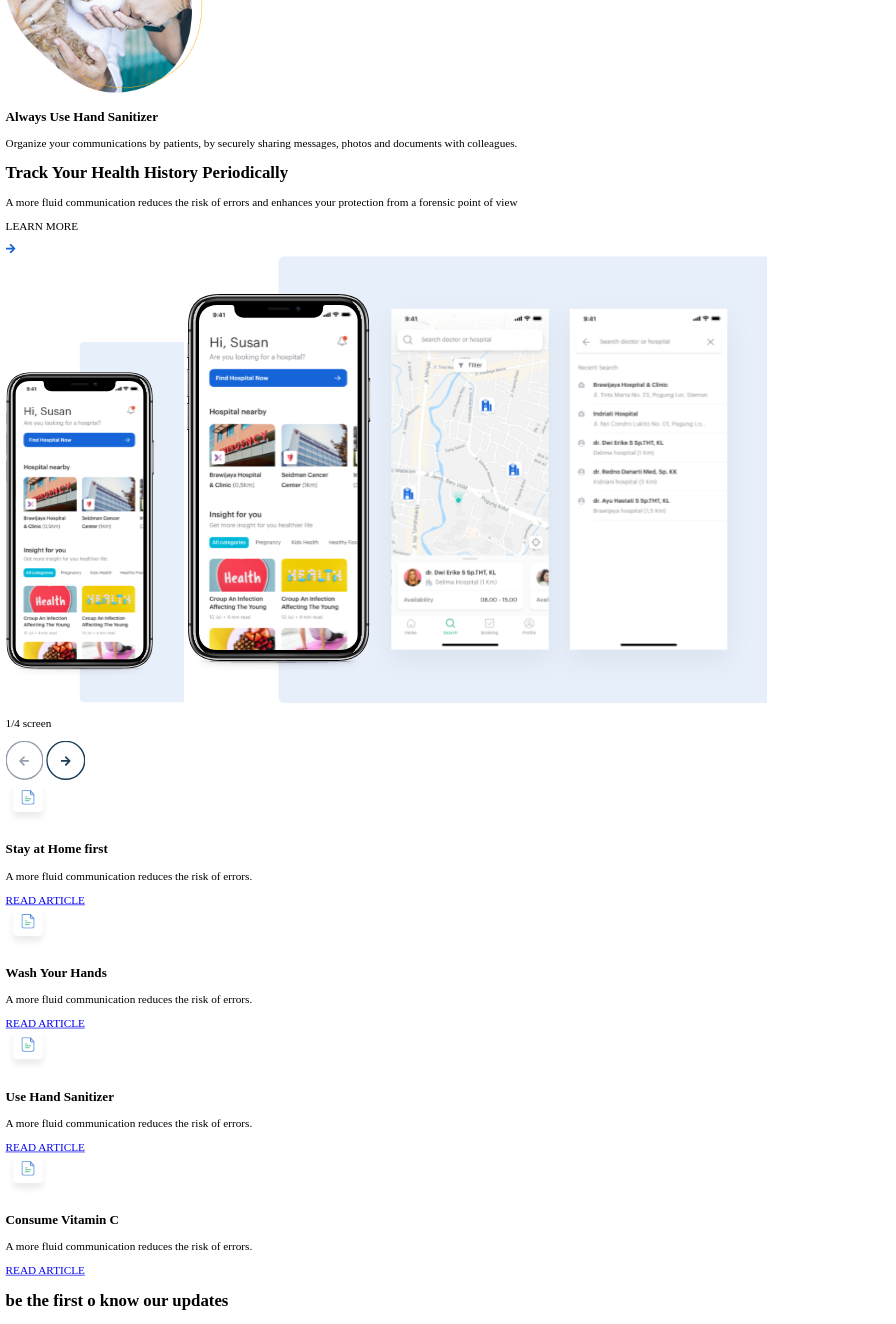
Repository: Esttevo/prova-html-css
Page: index.html
An editor plug-in stored every save of this project. The page is shown before and after the next save, followed by the edit.
The browser window is 1280 px wide. The pictures show the part of the page from y = 3453 to 5373 px (the page is 5344 px tall before and 5373 px after), at 70% of full size.
A picture or video elsewhere on the page could not be fetched, so the positions and the page height are approximate.

Above is the page before, as saved 2026-08-31 18:40:59.

### index.html
<!DOCTYPE html>
<html lang="en">
<head>
    <meta charset="UTF-8">
    <meta name="viewport" content="width=device-width, initial-scale=1.0">
    <title>Document</title>
    <link rel="stylesheet" href="https://cdnjs.cloudflare.com/ajax/libs/font-awesome/7.3.1/css/all.min.css" integrity="sha512-QeR2VH+lsBE5LSAe1Q5EnTBbe7XTBubt8dG93Y7gidSgdMCr8nVqKcfKAMyN96SV8KDbZVTDXChatu5G2KQGzg==" crossorigin="anonymous" referrerpolicy="no-referrer">
</head>
<body>
    <header>
        <img id="header-logo" src="img/icons/Logo.svg" alt="Logo escrita EHYA">

        <nav id="header-nav">
            <a class="no-chevron" href="#">Home</a>
            <a class="with-chevron" href="#">
                Landings
                <img src="img/icons/icon-chevron-down.svg" alt="indica que possui uma lista ao clicar">
            </a>
            <a class="with-chevron" href="#">
                Pages
                <img src="img/icons/icon-chevron-down.svg" alt="indica que possui uma lista ao clicar">
            </a>
            <a href="#">Docs</a>
            <a href="#">Help</a>
            <button>Get it now</button>
        </nav>

        <img src="img/icons/icon-menu-hamburger.svg" alt="Menu hamburger">
    </header>

    <main>
        <section id="section-hero">
            <div id="hero-text">
                <div class="estilization-bar"></div>

                <h4>
                    Changing the way you
                    go to healthcare
                </h4>

                <h1>
                    Primary Care
                    Designed for
                    Real Life
                </h1>

                <p>
                 Discuss patients,
                 share notes and documents
                 in a secure manner and be part
                 of a network of health professionals ready to
                 collaborate better.
                </p>

                <div id="subscribe">
                    <p id="email">
                        name@youremail.com
                    </p>

                    <button>
                        Subscribe
                    </button>
                </div>
            </div>
            <img src="img/image-hero.png" alt="4 medicos sorrindo e uma medica sobrepondo os 4">
        </section>

        <section id="section-connect">
            <div id="connect-tittle-subtittle">
                <h2>
                    Connect easily. Collaborate efficiently.
                </h2>

                 <p>
                    Rather than do things the
                    ypical way, we’ve created
                    a membership-based primary
                    care practice truly designed
                    around your needs.
                </p>
            </div>

           <img src="img/Dashboard.svg" alt="dashboard de exemplo de um sistema de agendamento">

           <div id="first-card-advantages">
                <h2>01</h2>
                <h3>For Doctor</h3>
                <p>
                    You get an in-house
                    team to guide and advocate
                    for you through questions
                </p>
           </div>

           <div id="second-card-advantages">
                <h2>02</h2>
                <h3>For Patient</h3>
                <p>
                    You get an in-house
                    team to guide and advocate
                    for you through questions
                </p>
           </div>

           <div id="third-card-advantages">
                <h2>03</h2>
                <h3>For Clinician</h3>
                <p>
                    You get an in-house
                    team to guide and advocate
                    for you through questions
                </p>
           </div>
        </section>

        <section id="section-protect">
            <h2>
                Protect yourself and your family first.
            </h2>

            <div id="protect-content-tips">
                <div class="content-tips-card">
                    <img src="img/icons/icon-house.svg" alt="Casa">

                    <h3>
                        Stay at Home first
                    </h3>

                    <p>
                        Our technology makes
                        it practically impossible
                        for any patient data breach to occur
                    </p>
                </div>

                <div class="content-tips-card">
                    <img src="img/icons/icon-hand.svg" alt="Lavando a mao">

                    <h3>
                        Wash Your Hands Periodically
                    </h3>

                    <p>
                        You can talk freely and confidently
                        about patients with other health professionals
                         treating them
                    </p>
                </div>

                <div class="content-tips-card">
                    <img src="img/icons/icon-remedy.svg" alt="pilula de remedio">

                    <h3>
                        Consume more Vitamin C
                    </h3>

                    <p>
                        A more fluid communication reduces
                        the risk of errors and enhances your
                        protection from a forensic point of view
                    </p>
                </div>

                <div class="content-tips-card">
                    <img src="img/icons/icon-medicament.svg" alt="Caixa de remedio">

                    <h3>
                        Always Use Hand Sanitizer
                    </h3>

                    <p>
                        Organize your communications
                        by patients, by securely sharing
                        messages, photos and documents
                        with colleagues.
                    </p>
                </div>
            </div>
        </section>

        <section id="section-modern">
            <h2>
                Modern clinics.
                Smart, hassle
                -free care.
            </h2>

            <div id="first-and-second-content">
                <div class="modern-content-img-text">
                    <img src="img/image-medic.svg" alt="equipamentos de medico">
                    <h3>
                        Consume more Vitamin C
                    </h3>

                    <p>
                        A more fluid communication reduces
                        the risk of errors and enhances your
                        protection from a forensic point of view
                    </p>
                </div>

                <div class="modern-content-img-text">
                    <img src="img/image-kid.png" alt="Criança caminhando de mão dada">
                    <h3>
                        Wash Your Hands Periodically
                    </h3>

                    <p>
                        You can talk freely and confidently
                        about patients with other health professionals
                         treating them
                    </p>
                </div>
            </div>

            <div id="third-and-fourth-content">
                <div class="modern-content-img-text">
                    <img src="img/image-dog.png" alt="cachorro tomando agua no colo">
                    <h3>
                        Always Use Hand Sanitizer
                    </h3>

                    <p>
                        Organize your communications
                        by patients, by securely sharing
                        messages, photos and documents
                        with colleagues.
                    </p>
                </div>
            </div>
        </section>

        <section id="section-health">
            <div class="health-content-text">
                <div class="estilization-bar"></div>

                <h2>
                     Track Your Health
                     History Periodically
                </h2>

                <p>
                 A more fluid communication reduces
                 the risk of errors and enhances your
                 protection from a forensic
                 point of view
                </p>

                <div id="learn-more">
                     <p>LEARN MORE</p>
                     <img src="img/icons/icon-arrow-right.svg" alt="seta para a direita, clique para ler mais">
                </div>
            </div>

           <img id="image-mobile" src="img/image-health-mobile.svg" alt="iphone em um site de localização de hospitais com mapa e busca">
            <img id="image-desktop" src="img/image-health-desktop.svg" alt="iphone em um site de localização de hospitais com mapa e busca">
           <div id="count-pages">
                <p>1/4 screen</p>

                <div id="img-arrow">
                    <img src="img/icons/icon-button-left.svg" alt="botão para tela da esquerda">
                    <img src="img/icons/icon-button-right.svg" alt="botão para tela da direita">
                </div>
           </div>
        </section>

        <section id="section-resources">
            <article class="selected-resources-card">
                <img src="img/icons/icon-docs.png" alt="simbolo de documento">

                <h3>Stay at Home first</h3>

                <p>
                    A more fluid communication
                    reduces the risk of errors.
                </p>

                <a href="#">
                    READ ARTICLE
                </a>
            </article>

            <article class="resources-card">
                <img src="img/icons/icon-docs.png" alt="simbolo de documento">

                <h3>
                    Wash Your Hands
                </h3>

                <p>
                    A more fluid communication
                    reduces the risk of errors.
                </p>

                <a href="#">
                    READ ARTICLE
                </a>
            </article>

            <article class="resources-card">
                <img src="img/icons/icon-docs.png" alt="simbolo de documento">

                <h3>Use Hand Sanitizer</h3>

                <p>
                    A more fluid communication
                    reduces the risk of errors.
                </p>

                <a href="#">
                    READ ARTICLE
                </a>
            </article>

            <article class="resources-card">
                <img src="img/icons/icon-docs.png" alt="simbolo de documento">

                <h3>Consume Vitamin C</h3>

                <p>
                    A more fluid communication
                    reduces the risk of errors.
                </p>

                <a href="#">
                    READ ARTICLE
                </a>
            </article>
        </section>

        <section id="section-updates">
            <h2>be the first o know our updates</h2>

            <form action="#">

                <input  type="text" id="name" name="name" placeholder="&#xF002; Teste>
            </form>
        </section>
    </main>
</body>
</html>

After the next save:
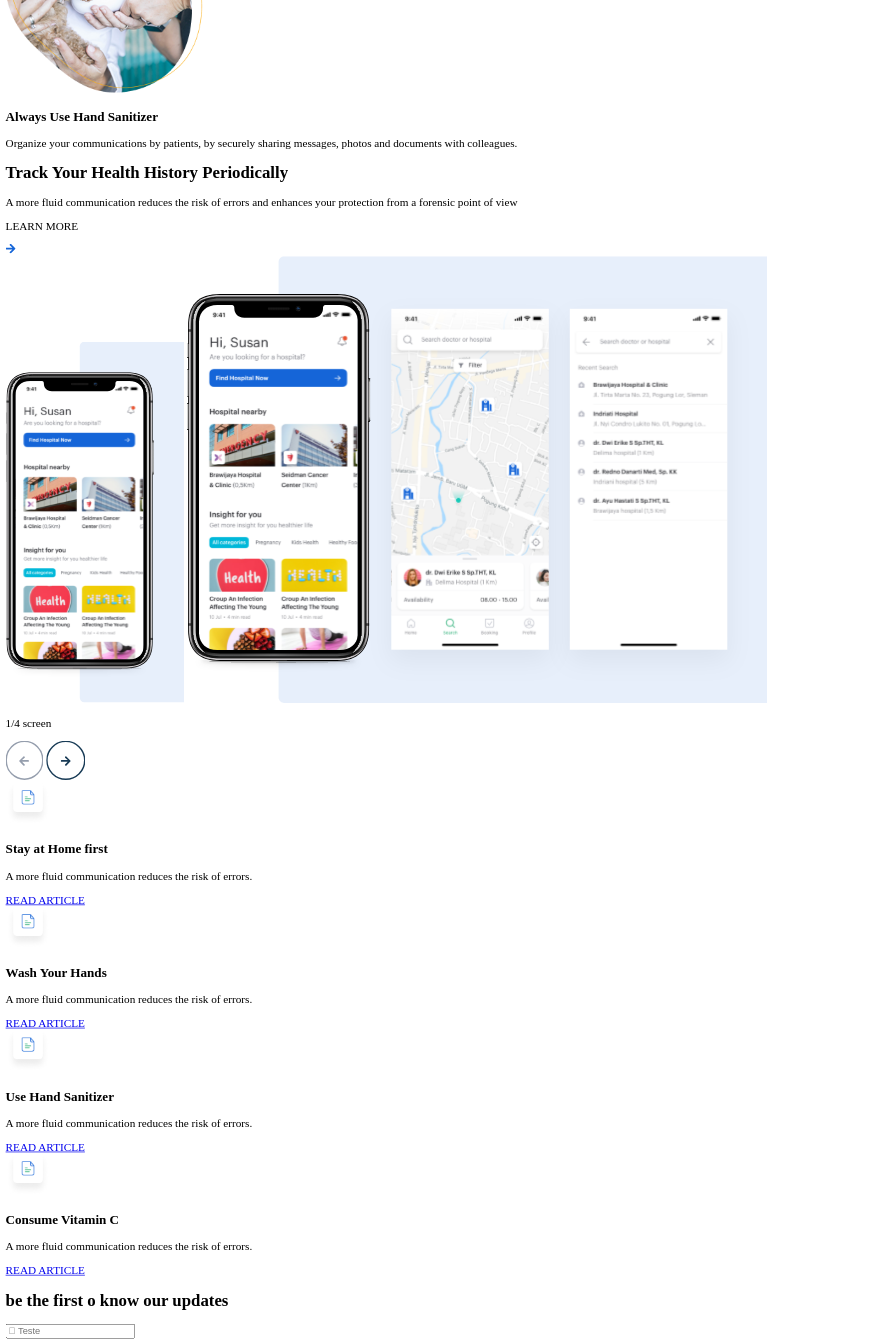
Saved 4 s later.
--- a/index.html
+++ b/index.html
@@ -333,7 +333,7 @@
 
             <form action="#">
 
-                <input  type="text" id="name" name="name" placeholder="&#xF002; Teste>
+                <input  type="text" id="name" name="name" placeholder="&#xF002; Teste">
             </form>
         </section>
     </main>
